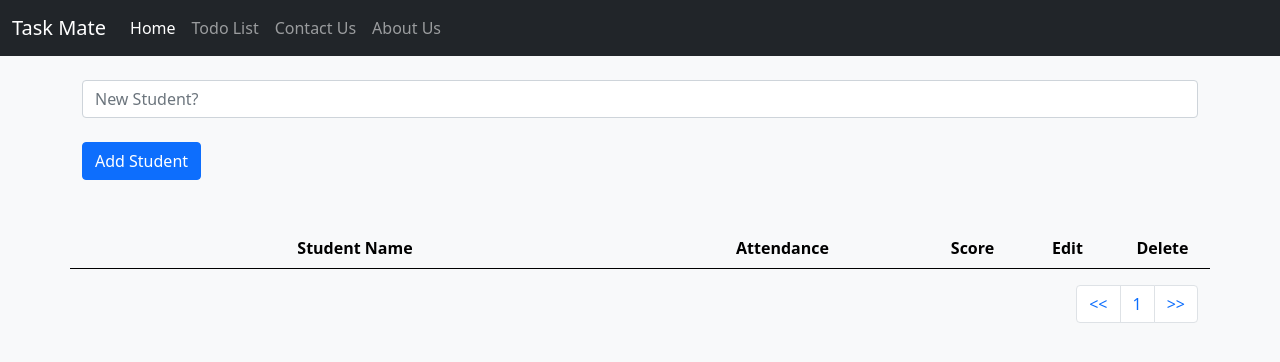
Repository: itathagata/Registration_System
Page: http://localhost/todolist/?pg=1
The author's editor kept a copy of each file at every save. The page is drawn from the files as they stood at one save, then again after the next save.
The browser window is 1280 px wide. The pictures show the whole page.
The page is served by the project's application, run on Django 2.2 (manage.py). Queries for data that is not in the repository find no rows.

Above is the page before, as saved 2021-06-05 11:41:40.

After the next save:
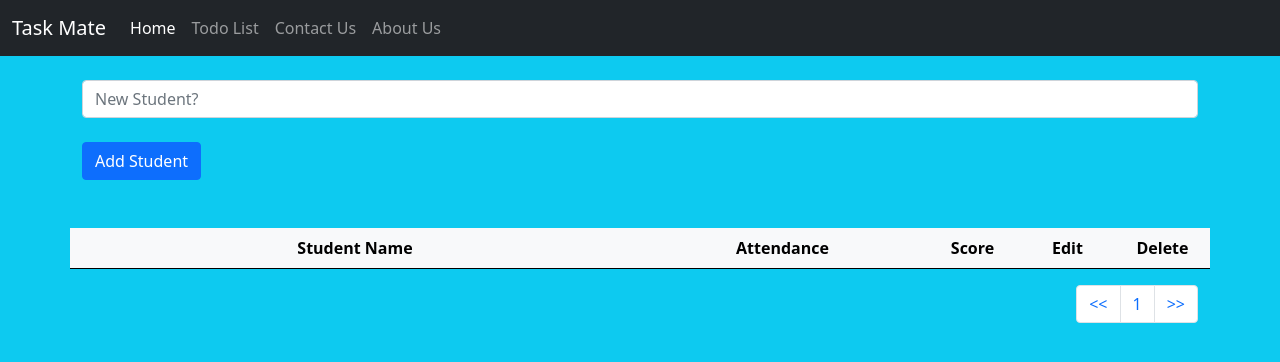
Saved 32 s later.
--- a/templates/base.html
+++ b/templates/base.html
@@ -26,7 +26,7 @@
   </div>
 </nav>
   </head>
-  <body class="bg-light">
+  <body class="bg-info">
   {% block content %}{% endblock content %}
     <script src="https://cdn.jsdelivr.net/npm/bootstrap@5.0.1/dist/js/bootstrap.bundle.min.js" integrity="sha384-gtEjrD/SeCtmISkJkNUaaKMoLD0//ElJ19smozuHV6z3Iehds+3Ulb9Bn9Plx0x4" crossorigin="anonymous"></script>
   </body>

After the save that followed:
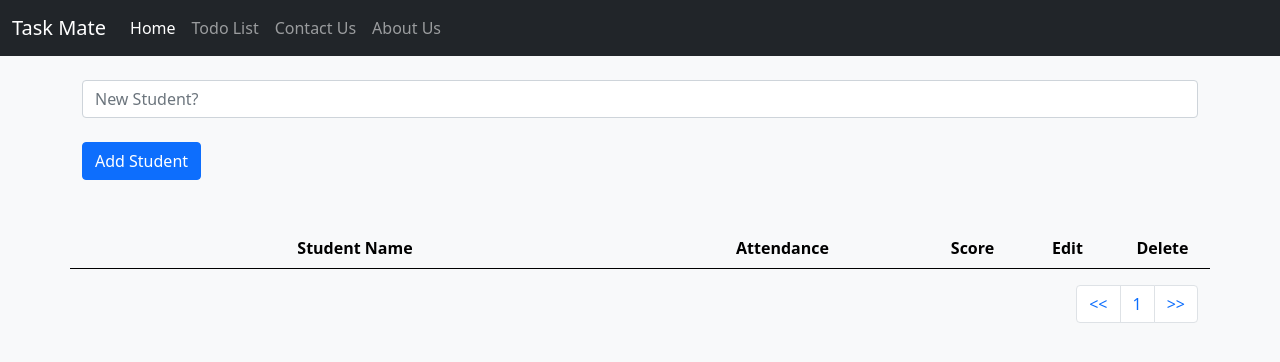
Saved 15 s later.
--- a/templates/base.html
+++ b/templates/base.html
@@ -26,7 +26,7 @@
   </div>
 </nav>
   </head>
-  <body class="bg-info">
+  <body class="bg-light">
   {% block content %}{% endblock content %}
     <script src="https://cdn.jsdelivr.net/npm/bootstrap@5.0.1/dist/js/bootstrap.bundle.min.js" integrity="sha384-gtEjrD/SeCtmISkJkNUaaKMoLD0//ElJ19smozuHV6z3Iehds+3Ulb9Bn9Plx0x4" crossorigin="anonymous"></script>
   </body>
